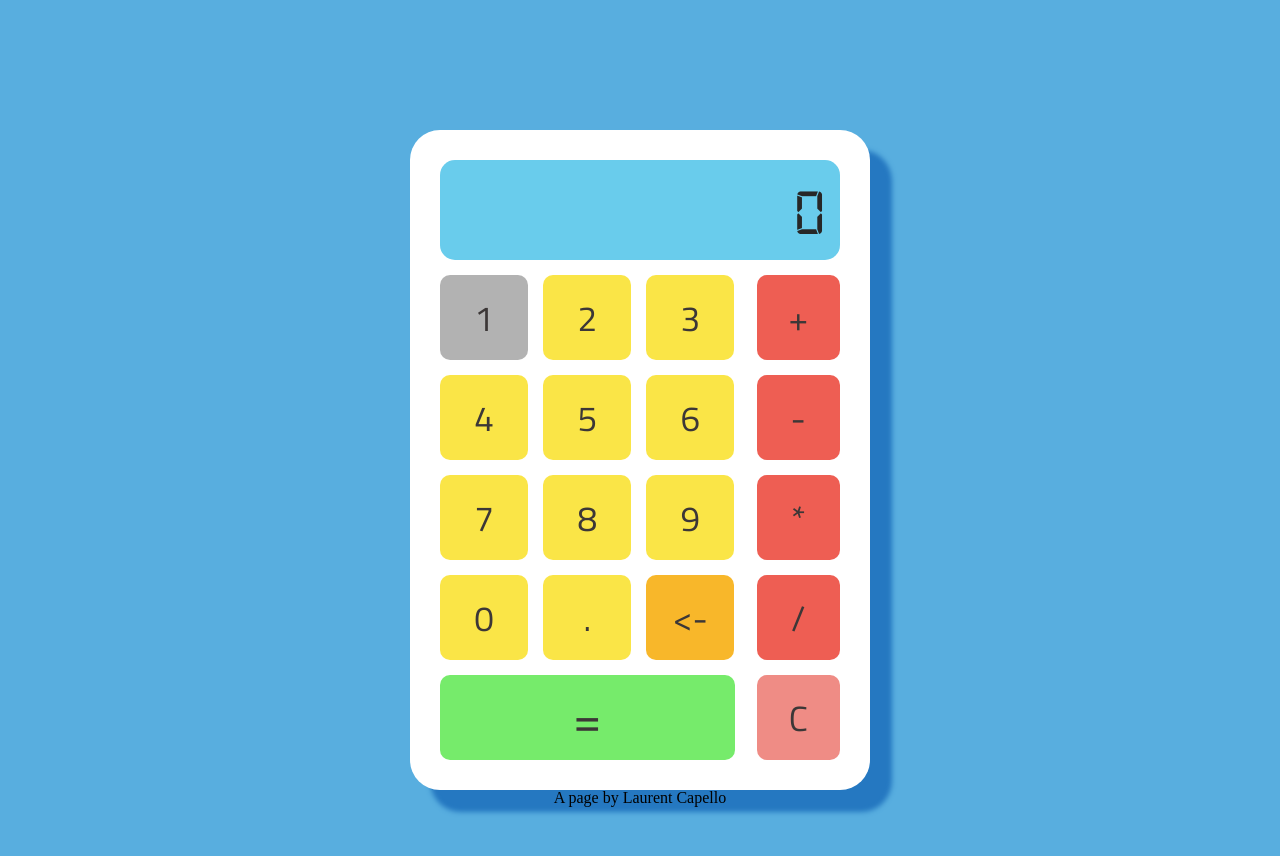
Repository: sokafootball/js-calculator
Page: index.html
These files come from the project's save history. The page is drawn as it stood at one moment and after the next save; the edit follows.
The browser window is 1280 px wide. The pictures show the whole page.
The pointer rests on the first visible `.button`.

Above is the page before, as saved 2020-05-07 19:14:09.

After the next save:
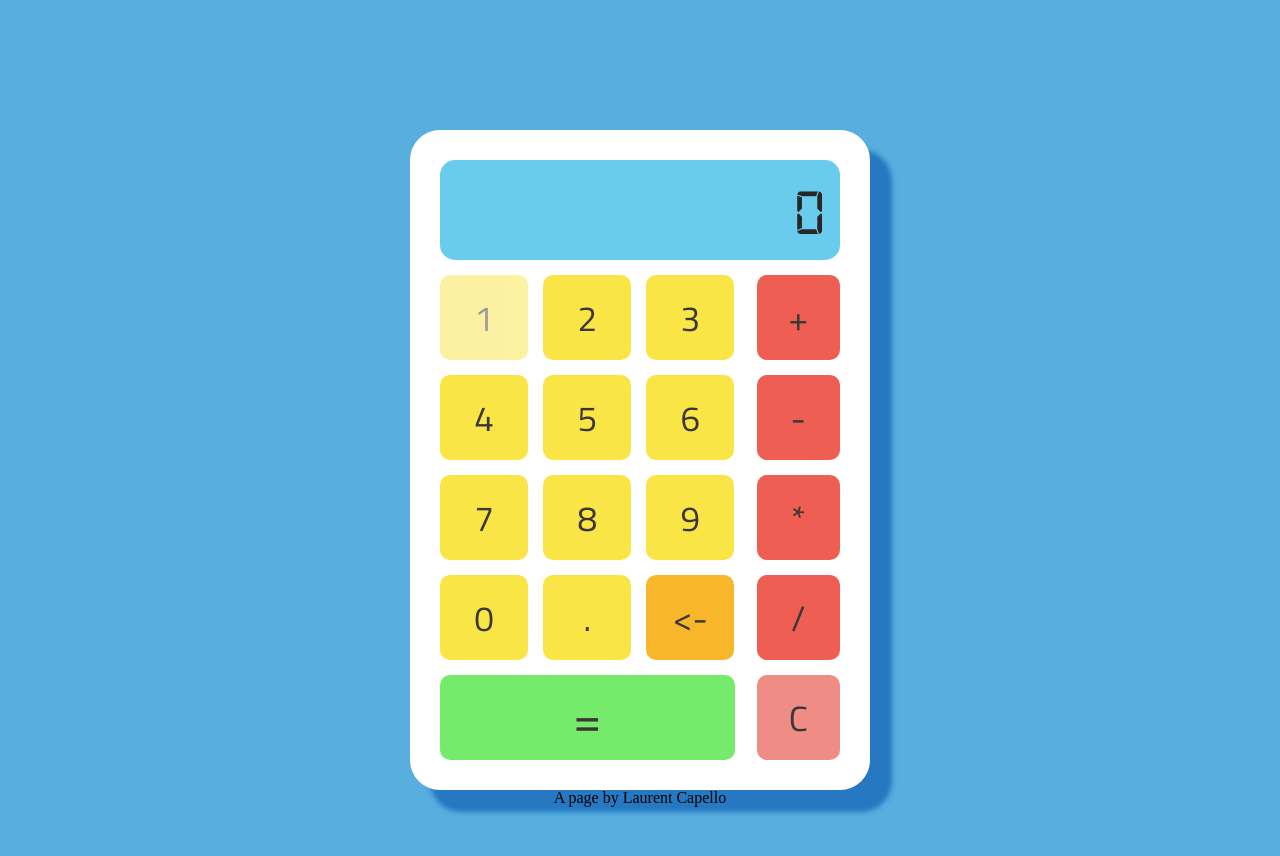
Saved 2 min 43 s later.
--- a/style.css
+++ b/style.css
@@ -115,8 +115,7 @@ button{
 }
 
 .button:hover {
-  background-color: rgba(0,0,0,.30) !important;
-}
+  opacity: 50%;
 
 @keyframes display-full{
   0% {border: 1px solid black;}
